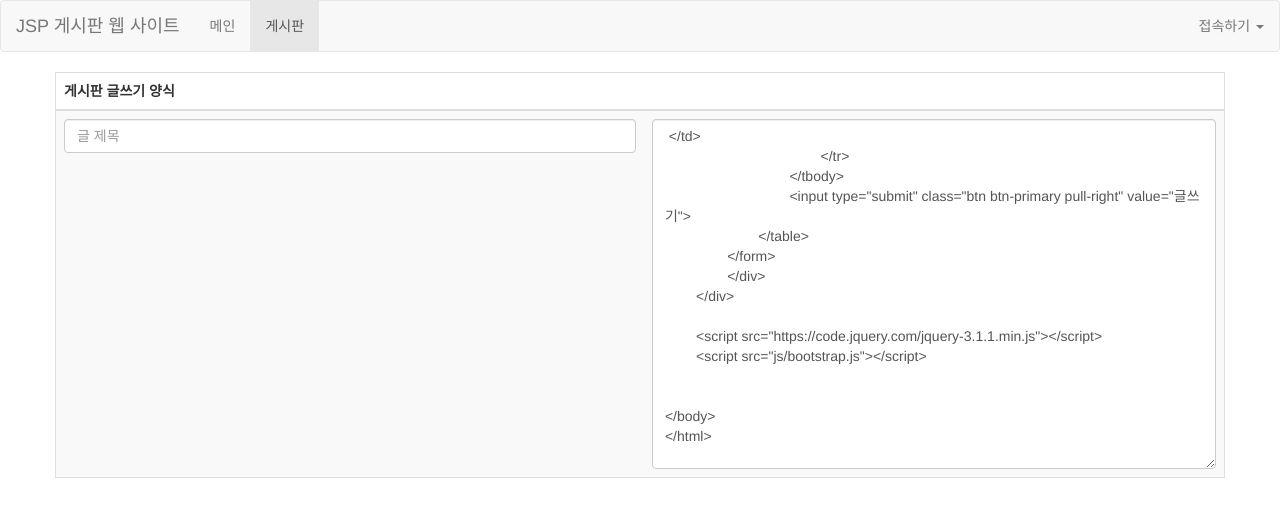
Repository: GorillaDunk/JSP
Page: http://localhost/BBS/write.jsp
The author's editor kept a copy of each file at every save. The page is drawn from the files as they stood at one save, then again after the next save.
The browser window is 1280 px wide. The pictures show the whole page.
The page is served by Tomcat 9.

Above is the page before, as saved 2023-10-14 13:13:22.

After the next save:
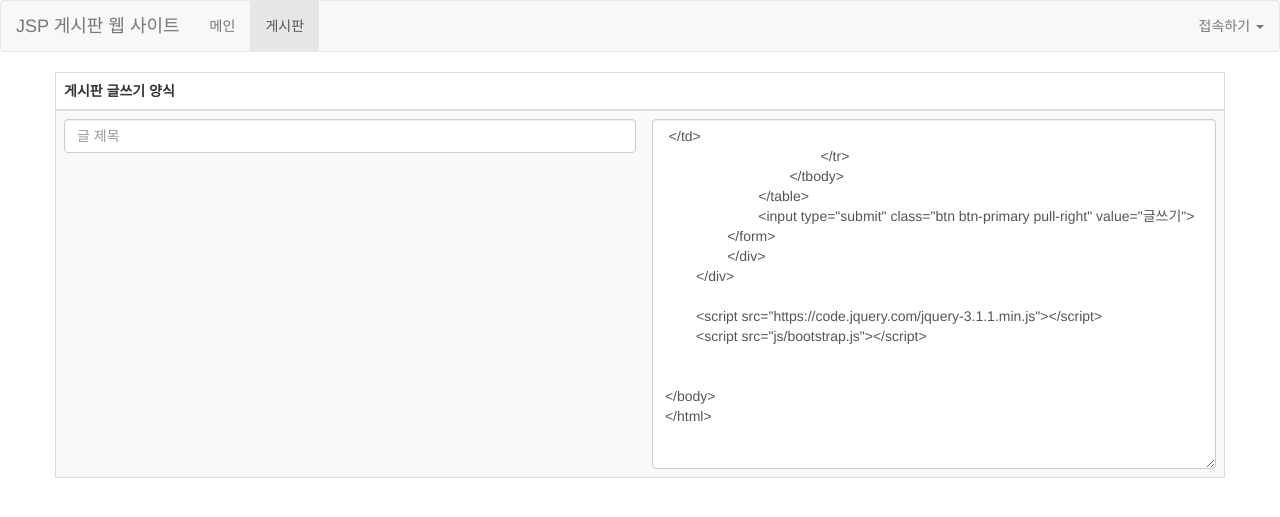
Saved 68 s later.
--- a/projects/BBS/src/main/webapp/write.jsp
+++ b/projects/BBS/src/main/webapp/write.jsp
@@ -74,7 +74,7 @@
 
 	<div class="container">
 		<div class="row">
-		<form>
+		<form method="post" action="writeAction.jsp">
 			<table class="table table-striped" style="text-align: center; border: 1px solid #dddddd">
 				<thead>
 					<tr>
@@ -89,8 +89,8 @@
 						<td> <textarea type="text" class="form-control" placeholder="글 내용" name="bbsContent" maxlength="2048" style="height:350px"> </td>
 					</tr>
 				</tbody>
-				<input type="submit" class="btn btn-primary pull-right" value="글쓰기">
 			</table>
+			<input type="submit" class="btn btn-primary pull-right" value="글쓰기">
 		</form>
 		</div>
 	</div>
